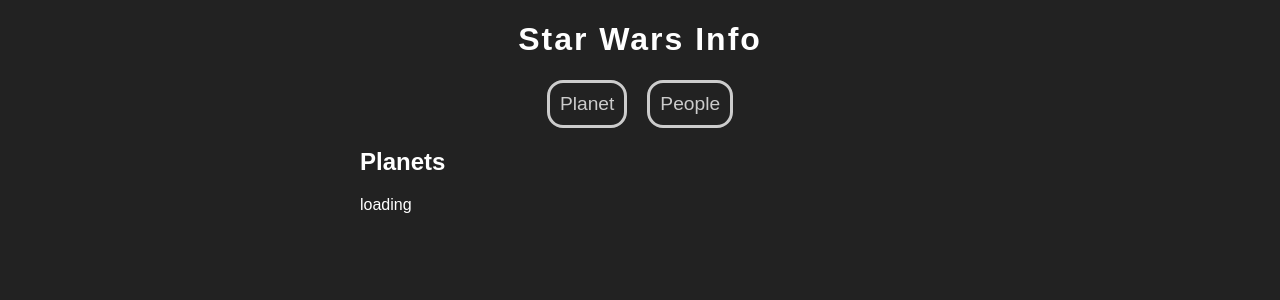
Repository: mireu-san/jikan-react-query
Page: /, after clicking the first element matching `button`
An editor plug-in stored every save of this project. The page is shown before and after the next save, followed by the edit.
The browser window is 1280 px wide. The pictures show the whole page.
The page's requests for data from a server got no answer. The project was rebuilt for these pictures with package versions that can differ from the ones it lists, and the page was loaded fresh each time. No one was signed in, and anything a server would have sent is missing.

Above is the page before, as saved 2022-11-29 20:42:23.

After the next save:
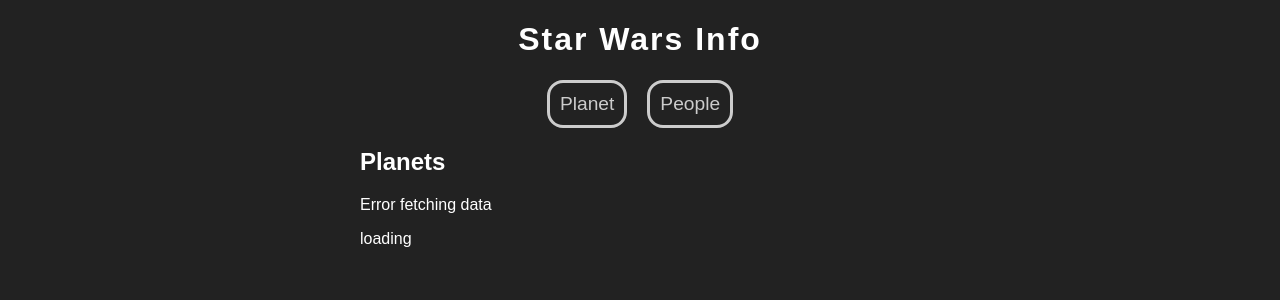
Saved 59 s later.
--- a/src/components/Planets.js
+++ b/src/components/Planets.js
@@ -13,6 +13,9 @@
   return (
     <div>
       <h2>Planets</h2>
+
+      {status === "loading" && <div>Error fetching data</div>}
+
       {status === "error" && <div>Error fetching data</div>}
       <p>{status}</p>
     </div>
